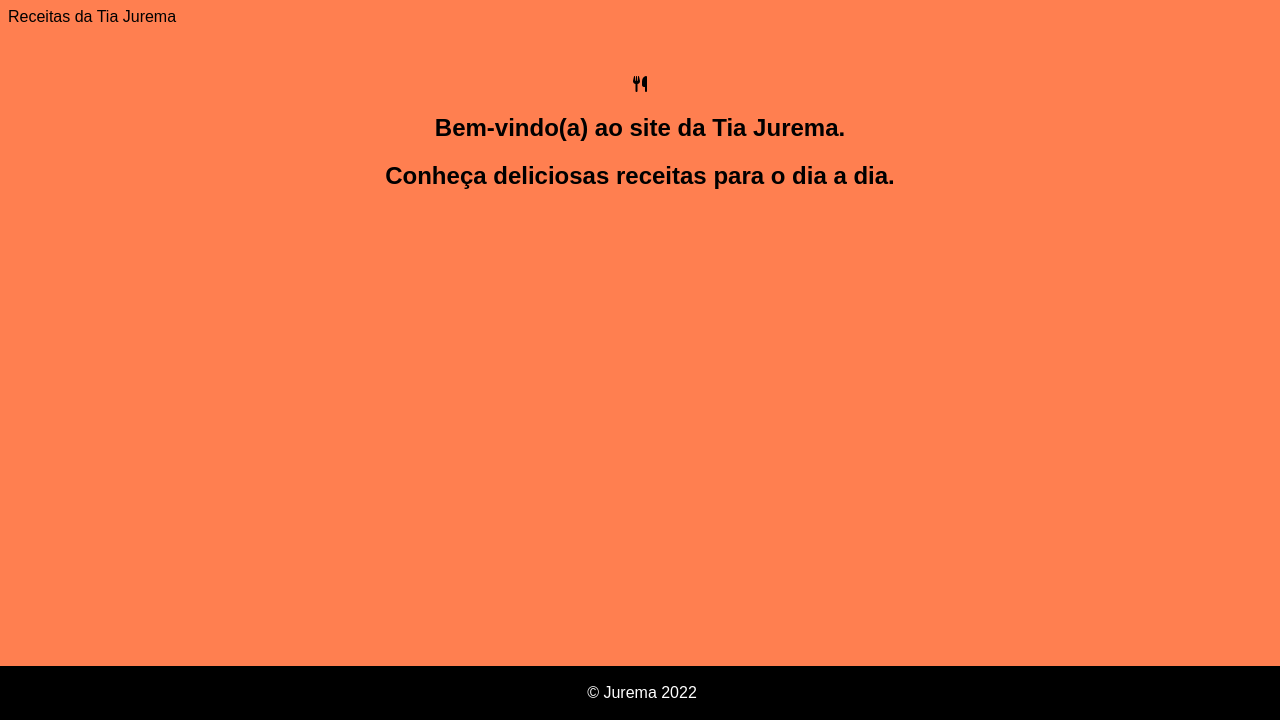
Repository: devropaes/RECEITAS
Page: OneDrive/Área de Trabalho/Estudos/Estácio/receitas/home.html
These files come from the project's save history. The page is drawn as it stood at one moment and after the next save; the edit follows.
The browser window is 1280 px wide. The pictures show the whole page.
Some web libraries are served in a nearby version.

Above is the page before, as saved 2024-03-11 21:01:16.

### OneDrive/Área de Trabalho/Estudos/Estácio/receitas/home.html
<!DOCTYPE html>
<html lang="pt-br" ></html>
<head>
  <head>
    <meta charset="UTF-8">
    <meta http-equiv="X-UA-Compatible" content="IE=edge">
    <meta name="viewport" content="width=device-width, initial-scale=1.0">
    <script src="https://kit.fontawesome.com/a076d05399.js" crossorigin="anonymous"></script>
    <link rel="stylesheet" href="./formatos.css">
    </head>
<body>

        <span class="restaurant-name">Receitas da Tia Jurema</span>

        <section class="menu" id="menu">
            <div class="apresentacao">
              <div class="fas fa-utensils"></div>

              <h1>Bem-vindo(a) ao site da Tia Jurema.</h1>
              <h2>Conheça deliciosas receitas para o dia a dia.</h2>
            </div>

       </section>
       </body>
    </main>

      <footer class="rodape">
           <p>&copy; Jurema 2022 </p>
      </footer>

### OneDrive/Área de Trabalho/Estudos/Estácio/receitas/formatos.css

body {
    background-color:#ff7f50;
    font-family: Arial, Helvetica, sans-serif;
    font-size: 16px;
    text-decoration: none;



}
header {
    text-decoration: none;
}

footer {
    background-color: #000;
    color: #fff;
    text-align: center;
    padding: 2px;
    position: fixed;
    border-bottom: #fff;
    left: 0; /* Alteração aqui para fixar o rodapé no lado esquerdo */
    bottom: 0%;
    width: 100%;
    margin: 0%;
    max-width: 100%;

}

.cabecalho{
    background-color: #ff7f50;
    font-family:"krona one",sans-serif ;
    font-weight: 600;
    color: #333;
    padding: 10px;
    text-decoration: none;
}

.cabecalho__menu {
    background-color: #ff7f50;
    font-family: "Krona One", sans-serif;
    font-weight: 600;
    display: flex;
    justify-content: left;
    color:#333;
    text-decoration: none;

}


.cabecalho__menu__link {
    background-color: #ff7f50;
    font-family: "Krona One", sans-serif;
    font-weight: 600;
    color: #333;
    text-decoration: none;
    padding: 5px 10px;
    margin: 0 10px;
    pad: 50px;

}
.cabecalho__cadastro__link {
    background-color: #ff7f50;
    font-family: "Krona One", sans-serif;
    font-weight: 600;
    color: #333;
    text-decoration: none;
    padding: 5px 10px;
    margin: 0 10px;
    pad: 50px;
}


.apresentacao {
    font-family: "Krona One", sans-serif;
    font-weight: 600;
    background-color: #ff7f50;
    text-align: center;
    padding: 50px;
}

.apresentacao__conteudo {
    img: 33 x 32px;
    font-family: "Krona One", sans-serif;
    font-weight: 600;
    max-width: 600px;
    margin: 0 auto;
    pad: 60px;
}

.apresentacao__conteudo {
    font-family: "Krona One", sans-serif;
    font-weight: 600;
    color: #333;
    pad:62px;

}
.apresentacao__conteudo__titulo {
    justify-items:right;
    width: 60%;

}


.apresentacao__receitas__link {
    align-items: center;
    display:flex;
    gap: 16px;
    width: 50%;
    text-align: center;

}


.rodape {
    background-color: #000;
    color: #fff;
    text-align: center;
    padding: 2px;
    position: fixed;
    border-bottom: #fff;
    left: 0; /* Alteração aqui para fixar o rodapé no lado esquerdo */
    bottom: 0%;
    width: 100%;
    margin: 0%;
    max-width: 100%;

}

After the next save:
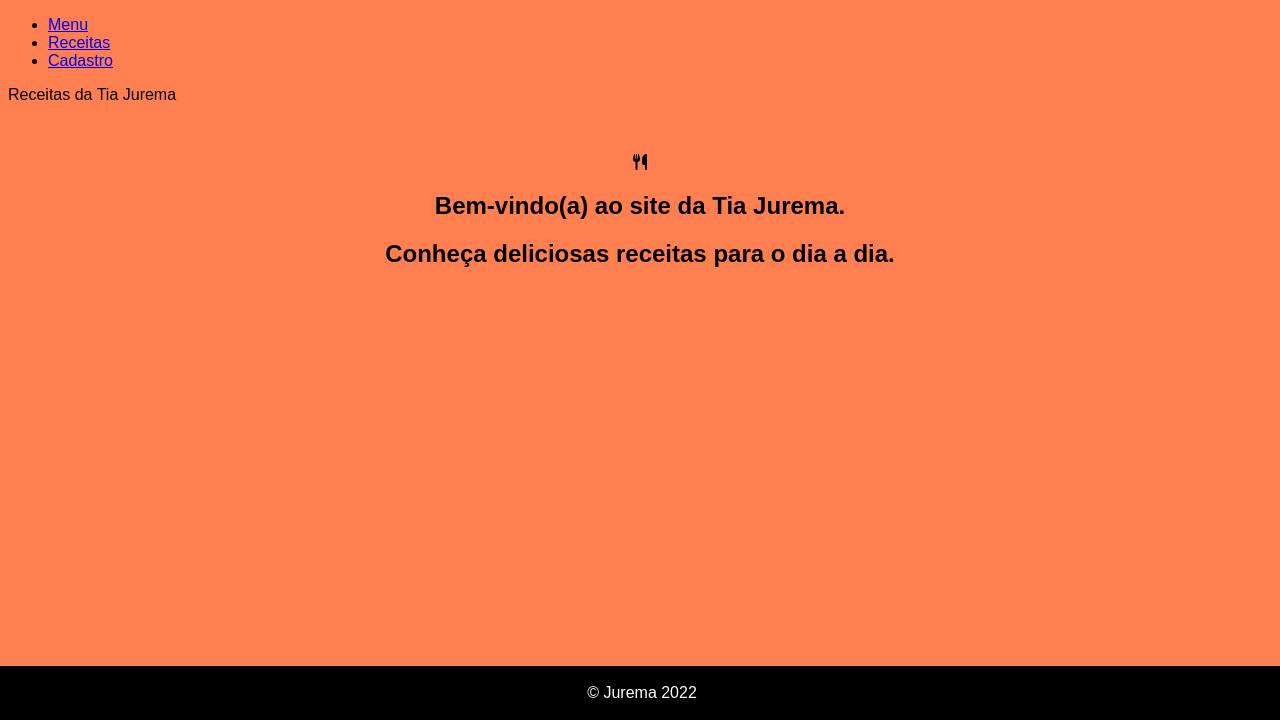
Saved 37 s later.
--- a/OneDrive/Área de Trabalho/Estudos/Estácio/receitas/home.html
+++ b/OneDrive/Área de Trabalho/Estudos/Estácio/receitas/home.html
@@ -9,6 +9,12 @@
     <link rel="stylesheet" href="./formatos.css">
     </head>
 <body>
+
+    <ul class="navlist">
+      <li><a href="home.html">Menu</a></li>
+      <li><a href="receitas.html">Receitas</a></li>
+      <LI><a href="#cadastro.html">Cadastro</a></LI>
+    </ul>
 
         <span class="restaurant-name">Receitas da Tia Jurema</span>
 
